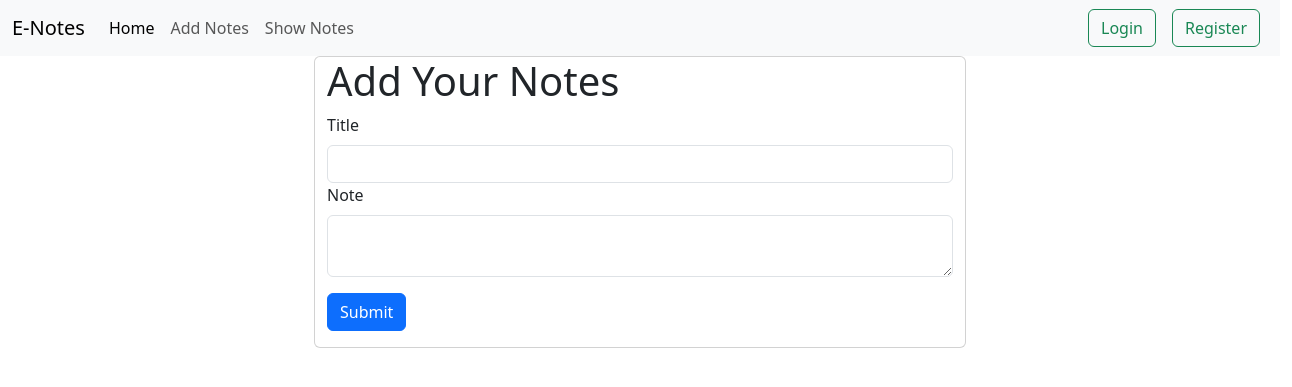
Repository: SandeepSharma2002/JavaProjects
Page: http://localhost/ENotes/addNotes.jsp
The author's editor kept a copy of each file at every save. The page is drawn from the files as they stood at one save, then again after the next save.
The browser window is 1280 px wide. The page is 1292 px wide, so the pictures cover 1292 px, including what lies to the right of the window. The pictures show the whole page.
The page is served by Tomcat 9. Other server files are loaded and not shown.

Above is the page before, as saved 2023-10-24 18:50:38.

### ENotes/src/main/webapp/addNotes.jsp
<%@ page language="java" contentType="text/html; charset=ISO-8859-1"
	pageEncoding="ISO-8859-1"%>
<!DOCTYPE html>
<html>
<head>
<meta charset="ISO-8859-1">
<%@ include file="Components/allcss.jsp"%>
<title>Insert title here</title>
</head>
<body>
	<%@include file="Components/Navbar.jsp"%>
	<div class="row">
		<div class="card container-fluid col-md-6">
             <h1>Add Your Notes</h1>
			<form>
				<div class="mb-3">
					<label for="exampleInputEmail1" class="form-label">Title</label> <input
						type="text" class="form-control" id="exampleInputEmail1"
						aria-describedby="emailHelp">

					<div class="mb-3">
						<label for="exampleInputPText1" class="form-label">Note</label> <textarea
						row ="10"	type="text" class="form-control" id="exampleInputPassword1"></textarea>
					</div>

					<button type="submit" class="btn btn-primary">Submit</button>
			</form>

		</div>
	</div>
</body>
</html>

### ENotes/src/main/webapp/Components/allcss.jsp
<link ref="stylesheet" href="Style/Style.css" />

<link
	href="https://cdn.jsdelivr.net/npm/bootstrap@5.3.2/dist/css/bootstrap.min.css"
	rel="stylesheet"
	integrity="sha384-T3c6CoIi6uLrA9TneNEoa7RxnatzjcDSCmG1MXxSR1GAsXEV/Dwwykc2MPK8M2HN"
	crossorigin="anonymous">

<link rel="stylesheet"
	href="https://cdnjs.cloudflare.com/ajax/libs/font-awesome/6.4.2/css/all.min.css"
	integrity="sha512-z3gLpd7yknf1YoNbCzqRKc4qyor8gaKU1qmn+CShxbuBusANI9QpRohGBreCFkKxLhei6S9CQXFEbbKuqLg0DA=="
	crossorigin="anonymous" referrerpolicy="no-referrer" />


<script
	src="https://cdn.jsdelivr.net/npm/bootstrap@5.3.2/dist/js/bootstrap.bundle.min.js"
	integrity="sha384-C6RzsynM9kWDrMNeT87bh95OGNyZPhcTNXj1NW7RuBCsyN/o0jlpcV8Qyq46cDfL"
	crossorigin="anonymous"></script>

### ENotes/src/main/webapp/Components/Navbar.jsp
<%@page import="com.User.UserDetails"%>
<nav class="navbar navbar-expand-lg navbar-light bg-light">
	<div class="container-fluid">
		<a class="navbar-brand" href="index.jsp">E-Notes</a>
		<button class="navbar-toggler" type="button" data-bs-toggle="collapse"
			data-bs-target="#navbarSupportedContent"
			aria-controls="navbarSupportedContent" aria-expanded="false"
			aria-label="Toggle navigation">
			<span class="navbar-toggler-icon"></span>
		</button>
		<div class="collapse navbar-collapse" id="navbarSupportedContent">
			<ul class="navbar-nav me-auto mb-2 mb-lg-0">
				<li class="nav-item"><a class="nav-link active"
					aria-current="page" href="index.jsp">Home</a></li>
				<li class="nav-item"><a class="nav-link" href="#">Add Notes</a>
				</li>
				<li class="nav-item"><a class="nav-link" href="#">Show
						Notes</a></li>
			</ul>
			<form class="d-flex">
				<%
				UserDetails user = (UserDetails) session.getAttribute("User");
				if (user != null) {
				%>
				<a href="home.jsp"
					class="btn btn-outline-success my-2 my-sm-0 mx-sm-2" type="submit">Welcome
					<%=user.getName()%></a> <a
					class="btn btn-outline-success my-2 my-sm-0 mx-sm-2" type="submit"
				    >Logout</a>
				<%
				} else {
				%>
				<a href="LoginPage.jsp"
					class="btn btn-outline-success my-2 my-sm-0 mx-sm-2" type="submit">Login</a>
				<a href="RegisterPage.jsp"
					class="btn btn-outline-success my-2 my-sm-0 mx-sm-2" type="submit">Register</a>
				<%
				}
				%>



			</form>
		</div>
	</div>
</nav>

After the next save:
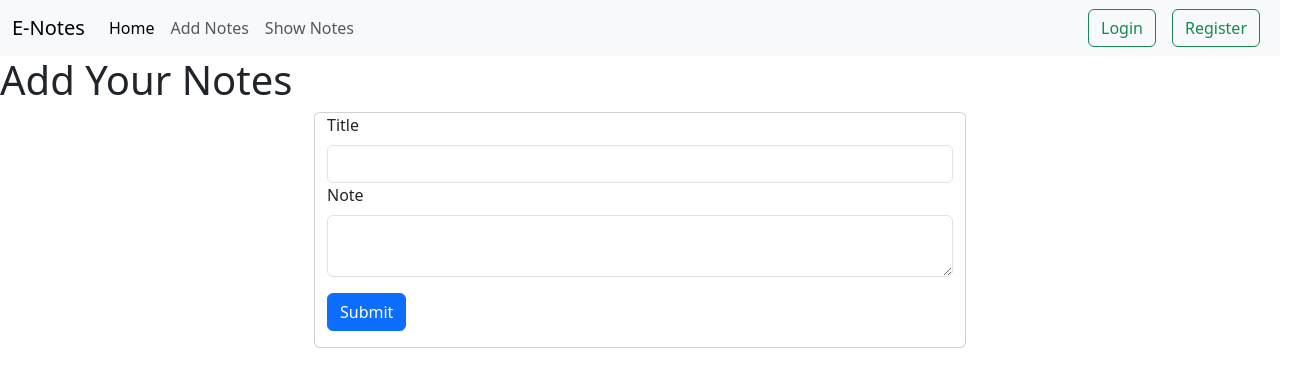
Saved 28 s later.
--- a/ENotes/src/main/webapp/addNotes.jsp
+++ b/ENotes/src/main/webapp/addNotes.jsp
@@ -9,9 +9,11 @@
 </head>
 <body>
 	<%@include file="Components/Navbar.jsp"%>
+
 	<div class="row">
+	<h1>Add Your Notes</h1>
 		<div class="card container-fluid col-md-6">
-             <h1>Add Your Notes</h1>
+
 			<form>
 				<div class="mb-3">
 					<label for="exampleInputEmail1" class="form-label">Title</label> <input
